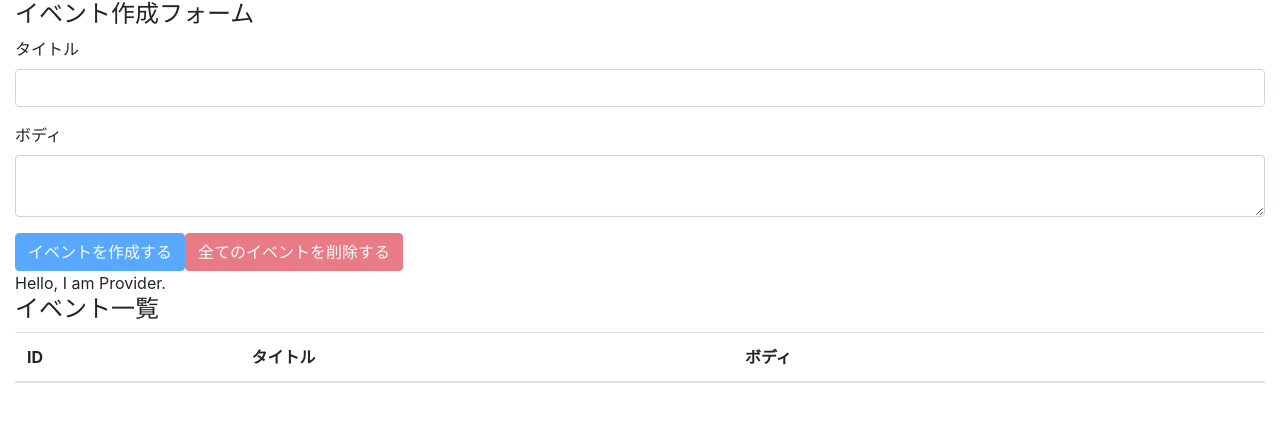
Repository: sie-fufu/react-hooks-101
Page: /
These files come from the project's save history. The page is drawn as it stood at one moment and after the next save; the edit follows.
The browser window is 1280 px wide. The pictures show the whole page.
The project was rebuilt for these pictures with package versions that can differ from the ones it lists, and the page was loaded fresh each time. Also part of the build but not shown: src/components/Event.js.

Above is the page before, as saved 2022-01-17 22:51:39.

### src/components/App.js
import React, { useReducer } from "react";

import "bootstrap/dist/css/bootstrap.min.css";

import EventForm from "./EventForm";
import Events from "./Events";
import AppContext from "./contexts/AppContext";
import reducer from "../reducers";

console.log({ AppContext });

const App = () => {
  const [state, dispatch] = useReducer(reducer, []);

  return (
    <AppContext.Provider value={"Hello, I am Provider."}>
      <div className="container-fluid">
        <EventForm state={state} dispatch={dispatch} />
        <Events state={state} dispatch={dispatch} />
      </div>
    </AppContext.Provider>
  );
};

export default App;

### src/components/EventForm.js
import React, { useState } from "react";

import { CREATE_EVENT, DELETE_ALL_EVENTS } from "../actions";
const EventForm = ({ state, dispatch }) => {
  const [title, setTitle] = useState("");
  const [body, setBody] = useState("");

  const addEvent = (e) => {
    e.preventDefault();

    dispatch({
      type: CREATE_EVENT,
      title,
      body,
    });
    setTitle("");
    setBody("");
  };

  const deleteAllEvents = (e) => {
    e.preventDefault();
    const result = window.confirm(
      "全てのイベントを本当に削除しても良いですか?"
    );
    if (result) dispatch({ type: DELETE_ALL_EVENTS });
  };

  const unCreatable = title === "" || body === "";
  return (
    <>
      <h4>イベント作成フォーム</h4>
      <form>
        <div className="form-group">
          <label htmlFor="formEventTitle">タイトル</label>
          <input
            className="form-control"
            id="formEventTitle"
            value={title}
            onChange={(e) => setTitle(e.target.value)}
          />
        </div>

        <div className="form-group">
          <label htmlFor="formEventBody">ボディ</label>
          <textarea
            className="form-control"
            id="formEventBody"
            value={body}
            onChange={(e) => setBody(e.target.value)}
          />
        </div>

        <button
          className="btn btn-primary"
          onClick={addEvent}
          disabled={unCreatable}
        >
          イベントを作成する
        </button>
        <button
          className="btn btn-danger"
          onClick={deleteAllEvents}
          disabled={state.length === 0}
        >
          全てのイベントを削除する
        </button>
      </form>
    </>
  );
};

export default EventForm;

### src/components/Events.js
import React, { useContext } from "react";

import Event from "./Event";
import AppContext from "./contexts/AppContext";
const Events = ({ state, dispatch }) => {
  const value = useContext(AppContext);
  return (
    <>
      <div>{value}</div>
      <h4>イベント一覧</h4>
      <table className="table table-hover">
        <thead>
          <tr>
            <th>ID</th>
            <th>タイトル</th>
            <th>ボディ</th>
            <th></th>
          </tr>
        </thead>
        <tbody>
          {state.map((event, index) => (
            <Event key={index} event={event} dispatch={dispatch} />
          ))}
        </tbody>
      </table>
    </>
  );
};

export default Events;

### src/reducers/index.js
import { CREATE_EVENT, DELETE_EVENT, DELETE_ALL_EVENTS } from "../actions";

// action = {
//  type: 'CREATE_EVENT
//  title: '2020東京オリンピックのお知らせ’
//  body: ’2020年に東京でオリンピックを開催します!つきましては,,,
// }
// #before
//  state= []
// #after
// state = [
//    {
//      id: 1,
//      title: '2020東京オリンピックのお知らせ’
//      body: ’2020年に東京でオリンピックを開催します!つきましては,,,
//    }
//  ]
// #before
//  state= [
//  { id: 1, title: 'タイトル1', body: 'ボディ1'},
//  { id: 2, title: 'タイトル2', body: 'ボディ2'},
//  { id: 3, title: 'タイトル3', body: 'ボディ3'},
//  ]
//
//  #after
//  state= [
//  { id: 1, title: 'タイトル1', body: 'ボディ1'},
//  { id: 2, title: 'タイトル2', body: 'ボディ2'},
//  { id: 3, title: 'タイトル3', body: 'ボディ3'},
//  {   id: 4,
//      title: '2020東京オリンピックのお知らせ’
//      body: ’2020年に東京でオリンピックを開催します!つきましては,,,
//   }
//  ]
//
const events = (state = [], action) => {
  switch (action.type) {
    case CREATE_EVENT:
      const event = { title: action.title, body: action.body };
      const length = state.length;
      const id = length === 0 ? 1 : state[length - 1].id + 1;
      return [...state, { id, ...event }];
    case DELETE_EVENT:
      return state.filter((event) => event.id !== action.id);
    case DELETE_ALL_EVENTS:
      return [];
    default:
      return state;
  }
};

export default events;

### src/actions/index.js
export const CREATE_EVENT = "CREATE_EVENT";
export const DELETE_EVENT = "DELETE_EVENT";
export const DELETE_ALL_EVENTS = "DELETE_ALL_EVENTS";

Loaded but not shown: public/index.html (common file); src/index.js (common file); src/components/contexts/AppContext.js (common file)

After the next save:
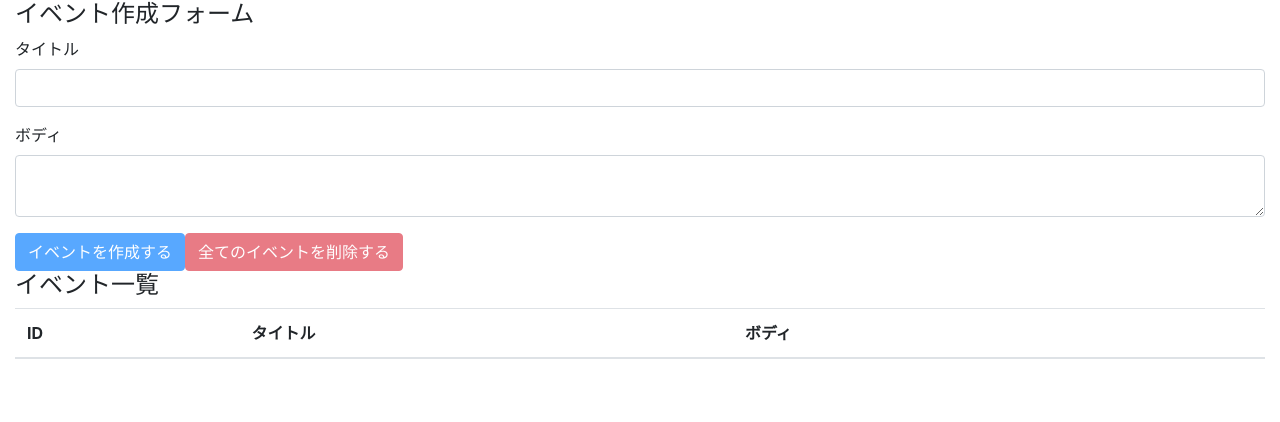
Saved 6 min 13 s later.
--- a/src/components/Events.js
+++ b/src/components/Events.js
@@ -6,7 +6,6 @@ const Events = ({ state, dispatch }) => {
   const value = useContext(AppContext);
   return (
     <>
-      <div>{value}</div>
       <h4>イベント一覧</h4>
       <table className="table table-hover">
         <thead>
